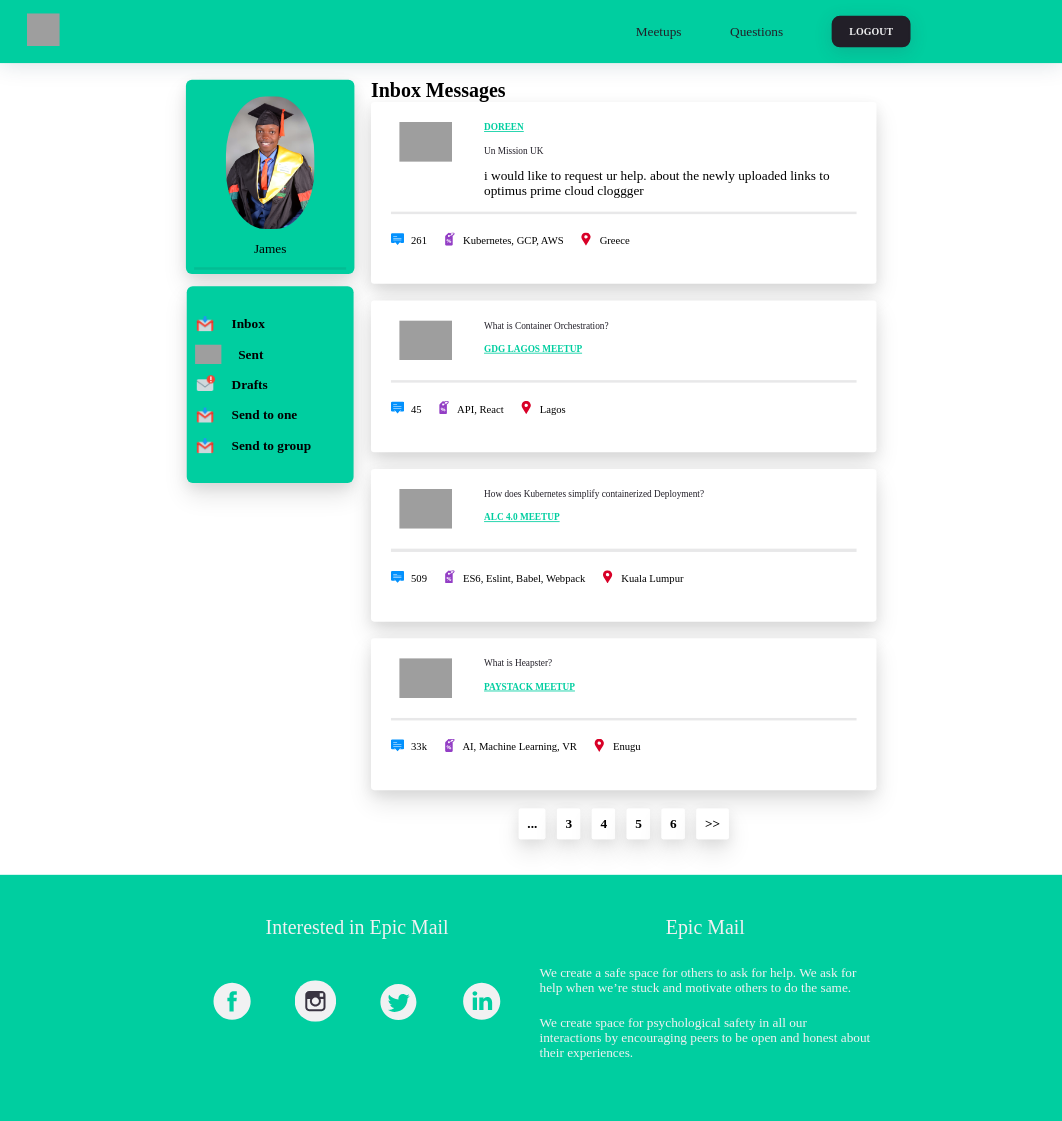
Repository: Gfreedoms/Epic-Mail
Page: pages/profile.html
These files come from the project's save history. The page is drawn as it stood at one moment and after the next save; the edit follows.
The browser window is 1280 px wide. The pictures show the whole page, at 83% of full size.
Pictures or frames that could not be fetched are drawn as grey boxes. Some web fonts or font styles are not loaded; a fallback is used.

Above is the page before, as saved 2019-02-26 23:07:29.

### pages/profile.html
<!DOCTYPE html>
<html lang="en">

<head>
	<meta charset="UTF-8">
	<meta name="viewport" content="width=device-width, initial-scale=1.0">
	<meta http-equiv="X-UA-Compatible" content="ie=edge">
	<link rel="apple-touch-icon" sizes="180x180" href="../assets/favicon/apple-touch-icon.png">
	<link rel="icon" type="image/png" sizes="32x32" href="../assets/favicon/favicon-32x32.png">
	<link rel="icon" type="image/png" sizes="16x16" href="../assets/favicon/favicon-16x16.png">
	<link rel="manifest" href="../assets/favicon/site.webmanifest">
	<link rel="mask-icon" href="../assets/favicon/safari-pinned-tab.svg" color="#5bbad5">
	<meta name="msapplication-TileColor" content="#da532c">
	<meta name="theme-color" content="#ffffff">
	<link rel="stylesheet" href="../styles/base.css">
	<link rel="stylesheet" href="../styles/format.css">
	<link rel="stylesheet" href="../styles/profile.css">
	<title>User Profile | EpIC EMAIL</title>
</head>

<body>
	<!-- Navigation Section Starts -->
	<section id="navigation">
		<nav class="navbar">
			<a href="../" id="nav-brand">
				<img src="../assets/imgs/logo.svg" alt="">
			</a>
			<ul class="nav-menu">
				<li class="visibility"><a class="hover-t" href="./login.html">Login</a></li>
				<li><a class="hover-t" href="./meetup.html">Meetups</a></li>
				<li><a class="hover-t" href="./questions.html">Questions</a></li>
				<li><a class="reg-btn box-sh-dark hover-lg" href="../">Logout</a></li>
			</ul>
			<a id="menu" href="">
				<img src="../assets/imgs/menu.svg" alt="">
			</a>
		</nav>
	</section>
	<!-- Navigation Section Ends -->

	<!-- SideBar Nav -->
	<ul id="sidebar" class="navbar-side side-hidden">
		<li><a href="./meetup.html">Meetups</a></li>
		<li><a href="./questions.html">Questions</a></li>
		<li><a class="" href="../">Logout</a></li>
	</ul>

	<div class="container">
		<div id="v-wrapper">
			<div class="profile user card">
				<img class="img mauto" src="../assets/imgs/freedom.jpg" alt="">
				<div class="bio">
					<h3 class="username sm-text">James</h3>

				</div>

				<div class="divider"></div>

				<div class = "user_side_bar">
				<ul class="list-items">
					<li>
						<img src="../assets/imgs/inbox.png" alt="">
						<div class = "labels">
						<b>	Inbox</b>
						</div>

					</li>
					<li>

						<img src="../assets/imgs/logo.png" alt="">
						<div class = "labels">
							<b>	Sent</b>
							</div>

					<li>

						<img src="../assets/imgs/drafts.png" alt="">
						<div class = "labels">
							<b>	Drafts</b>
							</div>

					</li>

					<li>

							<img src="../assets/imgs/inbox.png" alt="">
							<div class = "labels">
								<b>Send to one</b>
								</div>

					</li>
					<li>
						    <img src="../assets/imgs/inbox.png" alt="">
							<div class = "labels">
								<b>	Send to group</b>
								</div>

					</li>



				</ul>
				</div>
			</div>

			<div class="meetups">
				<h2><b>	Inbox Messages</b></h2>
				<div class="questions card-lg">
					<div class="content pall-1">
						<div class="q-title">
							<img class="img mauto" height="2rem" src="https://issagoal.com.ng/wp-content/uploads/2019/01/user4.png" alt="">
							<div class="meta">
									<a class="q-link" href="./meetup.html">
										<h3 class="sm-text">Doreen</h3>
									</a>
								<h3 class="md-text title">Un Mission UK</h3>
								<p>i would like to request ur help.
									about the newly uploaded links to
									optimus prime cloud cloggger

								</p>
							</div>
						</div>
						<div class="divider"></div>
						<div class="q-actions">
							<span>
								<a href="#!"><img src="../assets/imgs/icons/comment.svg" alt=""></a>
								261
							</span>
							<span>
								<a href="#!"><img src="../assets/imgs/icons/tag.svg" alt=""></a>
								Kubernetes, GCP, AWS
							</span>
							<span>
								<a href="#!"><img src="../assets/imgs/icons/pointer.svg" alt=""></a>
								Greece
							</span>
						</div>
					</div>
				</div>
				<div class="questions card-lg">
					<div class="content pall-1">
						<div class="q-title">
							<img class="img mauto" height="2rem" src="https://issagoal.com.ng/wp-content/uploads/2019/01/user1.png" alt="">
							<div class="meta">
								<h3 class="md-text title">What is Container Orchestration?</h3>
								<a class="q-link" href="./meetup.html">
									<h3 class="sm-text">GDG Lagos Meetup</h3>
								</a>
							</div>
						</div>
						<div class="divider"></div>
						<div class="q-actions">
							<span>
								<a href="#!"><img src="../assets/imgs/icons/comment.svg" alt=""></a>
								45
							</span>
							<span>
								<a href="#!"><img src="../assets/imgs/icons/tag.svg" alt=""></a>
								API, React
							</span>
							<span>
								<a href="#!"><img src="../assets/imgs/icons/pointer.svg" alt=""></a>
								Lagos
							</span>
						</div>
					</div>
				</div>
				<div class="questions card-lg">
					<div class="content pall-1">
						<div class="q-title">
							<img class="img mauto" height="2rem" src="https://issagoal.com.ng/wp-content/uploads/2019/01/user2.png" alt="">
							<div class="meta">
								<h3 class="md-text title">How does Kubernetes simplify containerized Deployment?</h3>
								<a class="q-link" href="./meetup.html">
									<h3 class="sm-text">ALC 4.0 Meetup</h3>
								</a>
							</div>
						</div>
						<div class="divider">
						</div>
						<div class="q-actions">
							<span>
								<a href="#!"><img src="../assets/imgs/icons/comment.svg" alt=""></a>
								509
							</span>
							<span>
								<a href="#!"><img src="../assets/imgs/icons/tag.svg" alt=""></a>
								ES6, Eslint, Babel, Webpack
							</span>
							<span>
								<a href="#!"><img src="../assets/imgs/icons/pointer.svg" alt=""></a>
								Kuala Lumpur
							</span>
						</div>
					</div>
				</div>
				<div class="questions card-lg">
					<div class="content pall-1">
						<div class="q-title">
							<img class="img mauto" height="2rem" src="https://issagoal.com.ng/wp-content/uploads/2019/01/user3.png" alt="">
							<div class="meta">
								<h3 class="md-text title">What is Heapster?</h3>
								<a class="q-link" href="./meetup.html">
									<h3 class="sm-text">Paystack Meetup</h3>
								</a>
							</div>
						</div>
						<div class="divider"></div>
						<div class="q-actions">
							<span>
								<a href="#!"><img src="../assets/imgs/icons/comment.svg" alt=""></a>
								33k
							</span>
							<span>
								<a href="#!"><img src="../assets/imgs/icons/tag.svg" alt=""></a>
								AI, Machine Learning, VR
							</span>
							<span>
								<a href="#!"><img src="../assets/imgs/icons/pointer.svg" alt=""></a>
								Enugu
							</span>
						</div>
					</div>
				</div>

				<div class="pagination">
					<span class="card hover-lg hover-t">...</span>
					<span class="card hover-lg hover-t">3</span>
					<span class="card hover-lg hover-t">4</span>
					<span class="card hover-lg hover-t">5</span>
					<span class="card hover-lg hover-t">6</span>
					<span class="card hover-lg hover-t">>></span>
				</div>
			</div>
		</div>
	</div>

	<footer class="bg-secondary">
		<div class="container">
			<div class="info-about">
				<h3 class="md-text">Interested in Epic Mail</h3>
				<div class="social-links">
					<a href="#!"><img src="../assets/imgs/icons/facebook.svg" alt=""></a>
					<a href="#!"><img src="../assets/imgs/icons/instagram.svg" alt=""></a>
					<a href="#!"><img src="../assets/imgs/icons/twitter.svg" alt=""></a>
					<a href="#!"><img src="../assets/imgs/icons/linkedin.svg" alt=""></a>
				</div>
			</div>
			<div class="additional-info">
				<h3 class="md-text">Epic Mail</h3>
				<p class="sm-text">
					We create a safe space for others to ask for help.
					We ask for help when we’re stuck and motivate others to do the same.
				</p>
				<p class="sm-text">
					We create space for psychological safety in all our interactions by encouraging peers to be open and honest about
					their experiences.
				</p>
			</div>
		</div>
	</footer>
	<script src="../scripts/index.js"></script>
</body>

</html>

### styles/format.css
.is-danger {
	color: red;
}

.divider {
	height: 0.2rem;
	background: #221F28;
	opacity: 0.1;
	margin: 1rem auto;
	width: 100%;
}

table {
	width: 750px;
	border-collapse: collapse;
	margin: 50px auto;
}

/* Zebra striping */
tr:nth-of-type(odd) {
	background: #eee;
}

th {
	background: #221F28;
	color: white;
	font-weight: bold;
}

td,
th {
	padding: 10px;
	border: 1px solid #ccc;
	text-align: left;
	font-size: 18px;
}

@media only screen and (max-width: 760px),
(min-device-width: 768px) and (max-device-width: 1024px) {

	table {
		width: 100%;
	}

	/* Force table to not be like tables anymore */
	table,
	thead,
	tbody,
	th,
	td,
	tr {
		display: block;
	}

	thead tr {
		position: absolute;
		top: -9999px;
		left: -9999px;
	}

	tr {
		border: 1px solid #ccc;
	}

	td {
		border: none;
		border-bottom: 1px solid #eee;
		position: relative;
		padding-left: 50%;
	}

	td:before {
		position: absolute;
		/* Top/left values mimic padding */
		top: 6px;
		left: 6px;
		width: 45%;
		padding-right: 10px;
		white-space: nowrap;
		/* Label the data */
		content: attr(data-column);

		color: #000;
		font-weight: bold;
	}

	tbody tr {
		padding: 1rem;
	}
}

.m1 {
	margin-top: 0.8rem !important;
	margin-bottom: 0.8rem !important;
}

.pagination {
	text-align: center;
	margin: 2rem auto;
}

.pagination span {
	padding: 10px;
	border-radius: 2px;
	font-family: 'Circular-Book';
	font-weight: 600;
	font-size: 1rem;
	margin: 0 5px;
}

@media screen and (min-width: 1680px) {
	.reg-btn {
		padding: 1.5rem 1.6rem 1.5rem;
		font-size: 1rem;
	}

	.input {
		margin-top: 2rem;
	}

	.nav-menu a.hover-t {
		font-size: 1.4rem !important;
	}
}

### styles/profile.css
#v-wrapper {
	display: grid;
	grid-template-columns: 1fr 3fr;
	grid-gap: 20px;
	padding: 20px 0;
}

div.content.card {
	background: lightblue;
	padding: 2rem 1.5rem;
	margin-bottom: 20px;
}

.profile {
	display: grid;
	padding: 20px 10px;
	background-color:#00cea0;
}

.user_side_bar{

    margin-left: -9px;
    border-radius: .45rem;
    margin-top: 20px;
    background: #00cea0;
    padding: 20px 10px;
    margin-bottom: 20px;
    box-shadow: 0 15px 30px 0 rgba(0, 0, 0, .11), 0 5px 15px 0 rgba(0, 0, 0, .08);
    margin-right: -9px;
}


.profile.user {
	max-height: 25%;
}

.labels{
	margin-top: 3px;
    margin-left: 20px;
}

#v-wrapper>div.profile.card>div.divider {
	width: 100%;
}

.stats {
	display: grid;
	grid-template-columns: 1fr 1fr;
}

.stats h3 {
	color: #221F28;
	font-weight: 800;
	font-family: "Circular-Book";
}

.profile .img {
    height: 160px;
    width: auto;
    border-radius: 45%
}

.profile span {
	text-align: center;
	font-size: 0.5rem;
	color: grey;
	text-transform: uppercase;
}

span .sm-text {
	margin-bottom: 0;
}

.questions {
	padding: 1.5rem;
	margin-bottom: 20px;
}

.questions h3 {
	color: #221F28;
	margin-bottom: 1rem;
}

.questions .divider {
	margin-left: 0;
	margin-top: 0.5rem;
}

.q-link h3 {
	font-family: 'Circular-Book';
	font-weight: 800;
	font-size: 0.7rem;
	text-transform: uppercase;
	text-decoration: underline;
	color: #00cea0;
}

.q-link:hover h3 {
	color: #F01D43;
}

.q-actions {
	display: block;
	margin: 20px 0;
	height: auto;
}

.q-actions img {
	height: 1rem;
	position: relative;
	top: 2px;
}

.q-actions span {
	margin-right: 1rem;
	font-family: 'Circular-Book';
	font-size: 0.8rem;
}

.q-actions span a {
	margin-right: 5px;
}

.q-actions span:nth-child(2) img,
.q-actions span:nth-child(3) img {
	position: relative;
	top: 2px;
}

.q-actions span:nth-child(4) img {
	position: relative;
	top: 4px;
}

.divider {
	margin-bottom: 0;
	margin-top: 0.5rem;
}

.username {
	color: inherit;
	font-family: 'Circular-Book';
	text-align: center;
	margin: 15px 0 5px;
}

.meta-wrapper {
	grid-template-rows: 1fr 9fr;
}

.list-items {
	text-decoration: none;
}

.list-items li {
	display: grid;
	grid-template-columns: 1fr 9fr;
	margin: 0.8rem 0;
}

.list-items span {
	font-family: 'Circular-Book';
	font-size: 0.8rem;
	position: relative;
	top: 5px;
	margin-left: 1.5rem;

}

.list-items img {
	height: 1.5rem;
}

div.content.card {
	padding: 2rem 1.5rem;
	margin-bottom: 20px;
}

.content .md-text {
	color: #221F28;
    font-size: 0.7rem;

}

.actions {
	/* width: 0%; */
	display: grid;
	grid-template-columns: 0.5fr 1fr 1fr;
	grid-gap: 10px;
	align-items: center;
}

.actions h3 {
	margin-bottom: 0;
}

.actions a {
	font-family: 'Circular-Book';
	font-size: 0.8rem;
	padding: 0.5rem 0.6rem;
	text-align: center;
	color: #fff;
	border-radius: 10px;
}

@media (min-width: 1680px) {
	.profile {
		height: 300px !important;
	}

	.profile span {
		font-size: 0.8rem;
		margin: 10px 0 0;
		font-weight: 800;
	}

	.list-items span {
		font-family: 'Circular-Book' !important;
		font-size: 1rem !important;
	}
}

.q-title {
	display: grid;
	grid-template-columns: 15% 80%;
	grid-gap: 5%;
	margin-bottom: 1rem;
}

.q-title img {
	height: 3rem;
}

@media (max-width: 576px) {
	.profile.user {
		max-height: 200px;
	}

	.q-actions {
		display: grid;
		grid-template-columns: 1fr;
		grid-row-gap: 3px;
	}

	#v-wrapper {
		grid-template-columns: 1fr;
	}

	#v-wrapper .divider {
		display: none;
	}

	.profile {
		padding: 20px 10px;
		height: auto;
		grid-template-columns: 1fr 2fr;
	}

	.stats {
		align-items: flex-end;
	}
	.user_side_bar{
		max-height: 200px;
		padding: 20px 10px;
		height: auto;
		grid-template-columns: 1fr 2fr;
	}
}

### styles/fonts.css
@font-face {
	font-family: "Circular-Light";
	src:
		url("../assets/fonts/Circular-Light.woff") format("woff");
}
@font-face {
	font-family: "Circular-Book";
	src:
		url("../assets/fonts/Circular-Book.woff") format("woff");
}
@font-face {
	font-family: "Circular-Bold";
	src:
		url("../assets/fonts/Circular-Bold.woff") format("woff");
}

* {
	font-family: 'Circular-Light';
}

Loaded but not shown: scripts/index.js (10 lines, source omitted); styles/base.css (736 lines, source omitted)

After the next save:
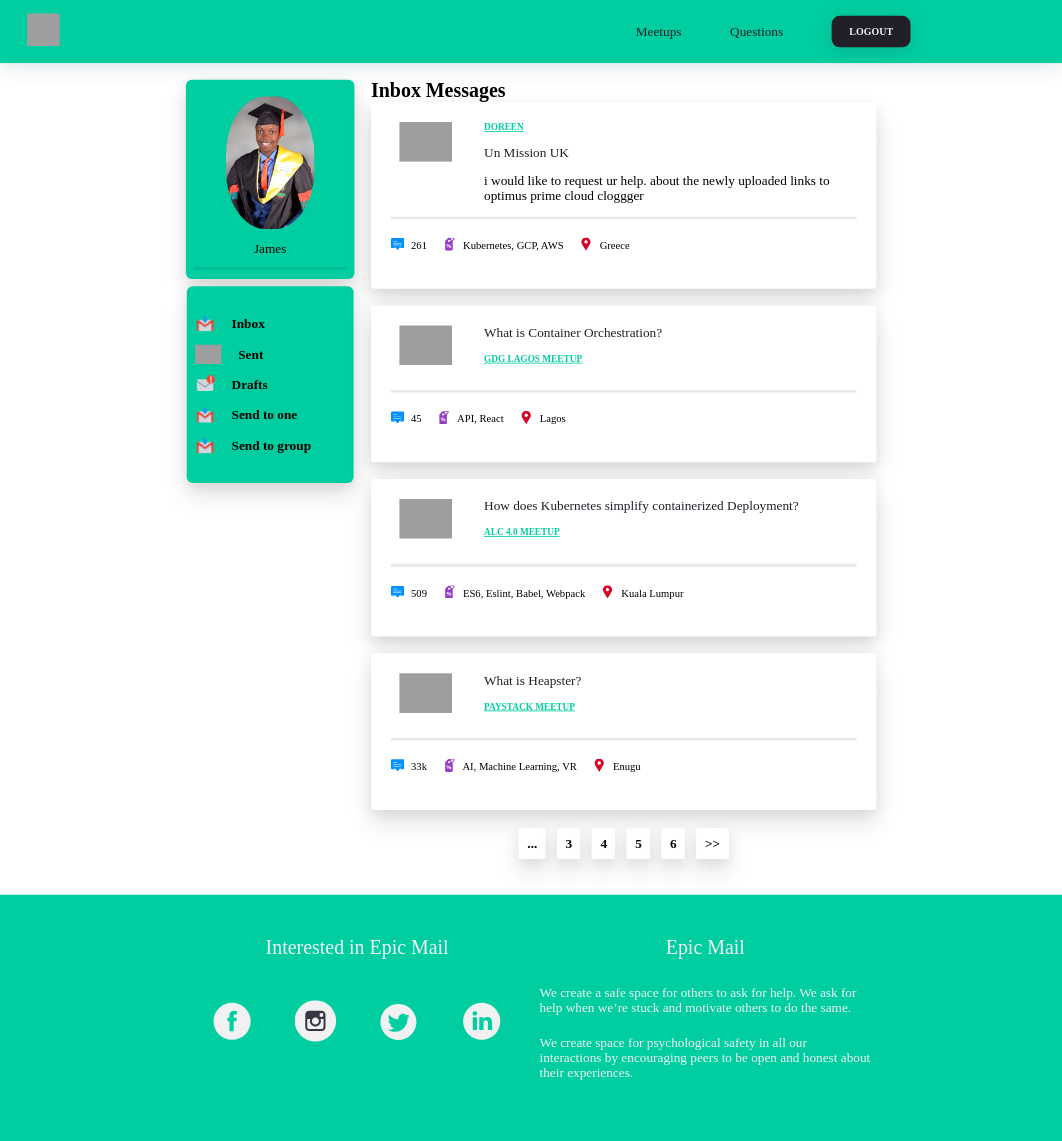
Saved 115 s later.
--- a/styles/profile.css
+++ b/styles/profile.css
@@ -178,7 +178,7 @@
 
 .content .md-text {
 	color: #221F28;
-    font-size: 0.7rem;
+    font-size: 1rem;
 
 }
 
